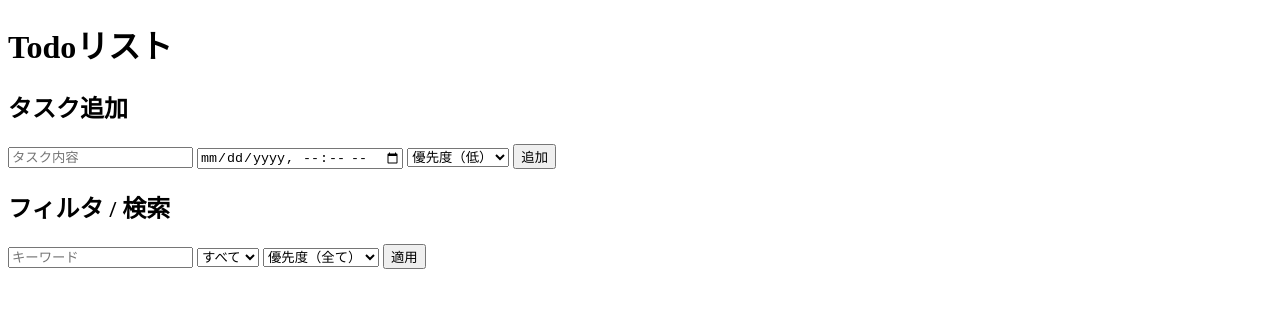
Repository: 1117wata/todo_enhanced
Page: http://localhost/
An editor plug-in stored every save of this project. The page is shown before and after the next save, followed by the edit.
The browser window is 1280 px wide. The pictures show the whole page.
The page is run by PHP 8.4 with error messages shown; the project is at /var/www/html/.

Above is the page before, as saved 2025-06-19 10:53:09.

### index.php
<!DOCTYPE html>
<html lang="ja">
<head>
    <meta charset="UTF-8">
    <meta name="viewport" content="width=device-width, initial-scale=1.0">
    <title>Todoリスト</title>
</head>
<body>
    <h1>Todoリスト</h1>
    <article> <!-- タスク追加 -->
        <h2>タスク追加</h2>
            <input type="text" name="task" placeholder="タスク内容">
            <input type="datetime-local" name="duedate">
            <select name="priority">
                <option value="low">優先度（低）</option>
                <option value="medium">中</option>
                <option value="high">高</option>
            </select>
            <input type="submit" name="add" value="追加">
     </article>
     <article>
        <h2>フィルタ / 検索</h2> <!-- フィルタ/検索 -->
            <input type="text" name="task" placeholder="キーワード">
            <select name="datetime">
                <option value="alltime">すべて</option>
            </select>
            <select name="priority">
                <option value="all">優先度（全て）</option>
                <option value="low">低</option>
                <option value="medium">中</option>
                <option value="high">高</option>
            </select>
            <input type="submit" name="search" value="適用">
     </article>
</body>
</html>

After the next save:
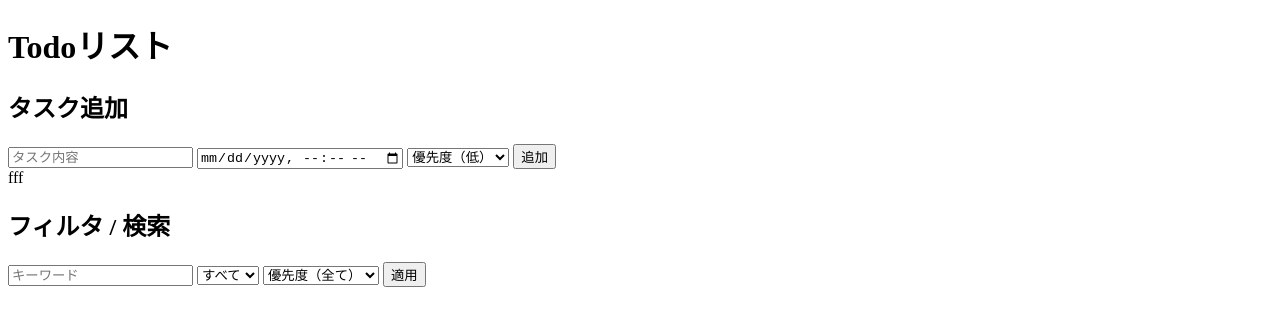
Saved 2 min 14 s later.
--- a/index.php
+++ b/index.php
@@ -17,7 +17,7 @@
                 <option value="high">高</option>
             </select>
             <input type="submit" name="add" value="追加">
-     </article>
+     </article>fff
      <article>
         <h2>フィルタ / 検索</h2> <!-- フィルタ/検索 -->
             <input type="text" name="task" placeholder="キーワード">

After the save that followed:
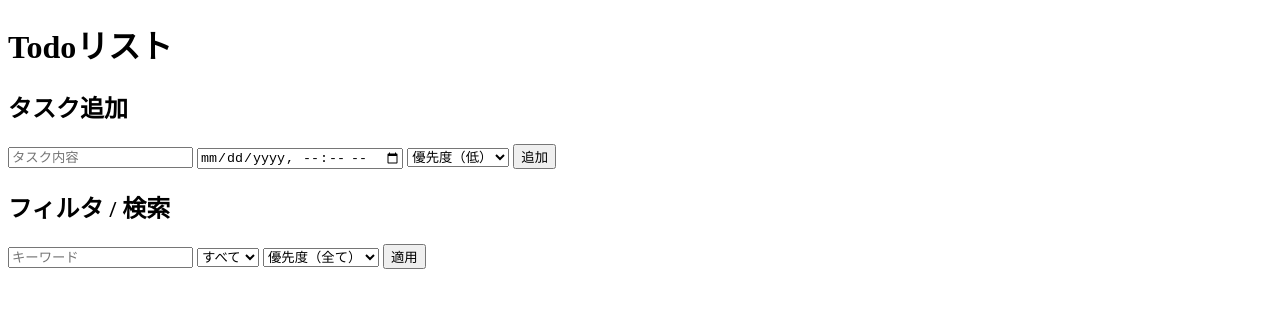
Saved 13 s later.
--- a/index.php
+++ b/index.php
@@ -17,7 +17,7 @@
                 <option value="high">高</option>
             </select>
             <input type="submit" name="add" value="追加">
-     </article>fff
+     </article>
      <article>
         <h2>フィルタ / 検索</h2> <!-- フィルタ/検索 -->
             <input type="text" name="task" placeholder="キーワード">
